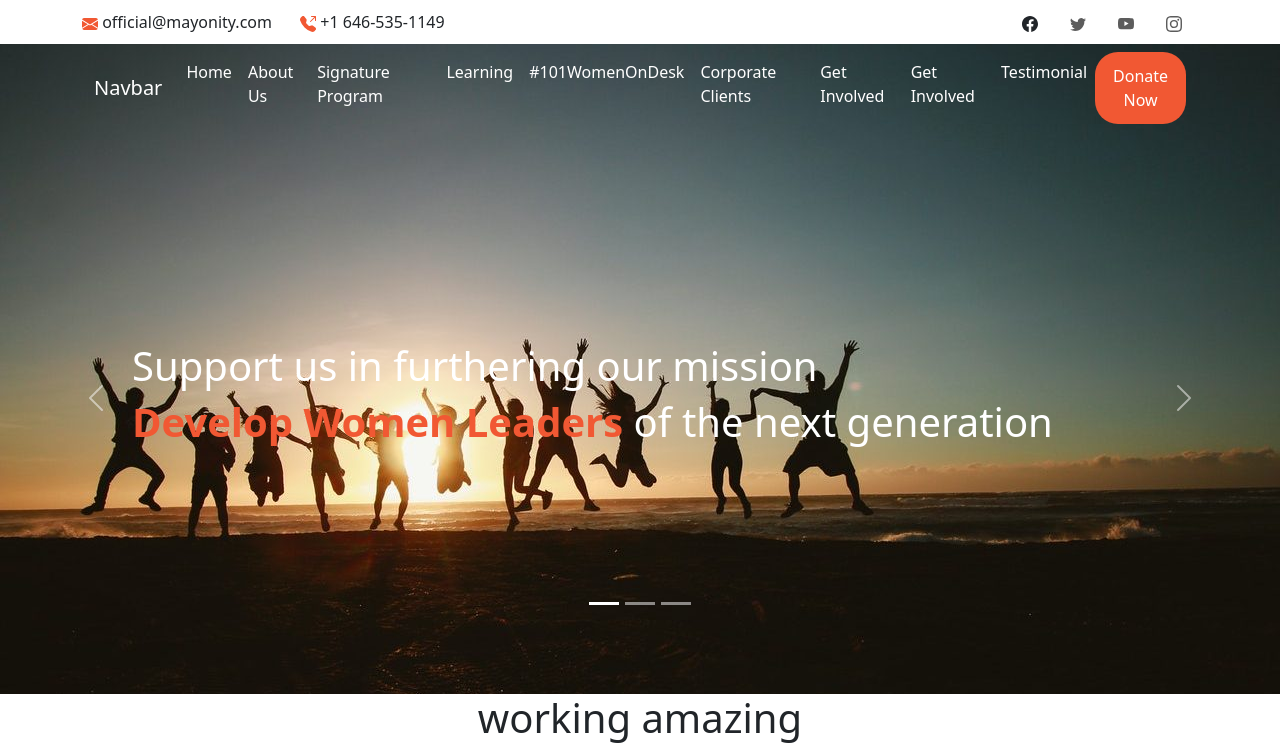
Repository: rizwan-zafar/wings
Page: /
These files come from the project's save history. The page is drawn as it stood at one moment and after the next save; the edit follows.
The browser window is 1280 px wide. The pictures show the whole page.
The project was rebuilt for these pictures with package versions that can differ from the ones it lists, and the page was loaded fresh each time.

Above is the page before, as saved 2022-11-27 10:55:48.

After the next save:
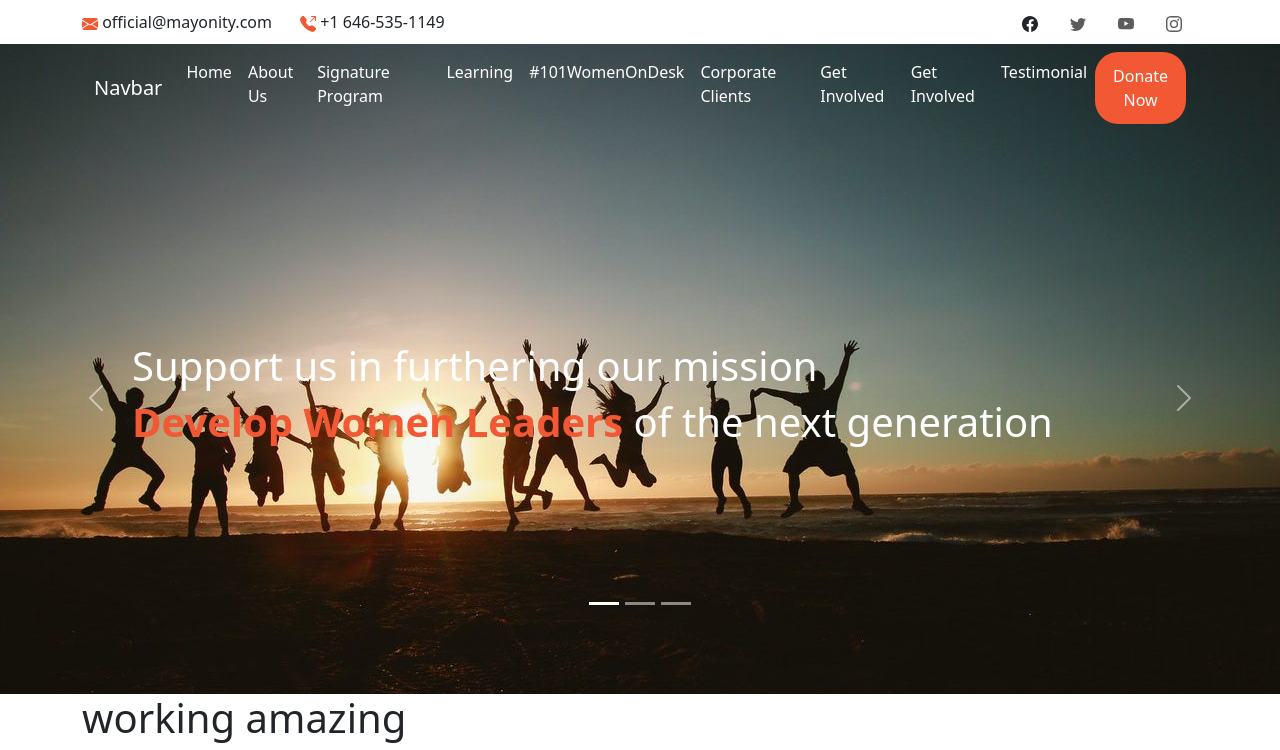
Saved 6 s later.
--- a/src/Components/Slider.js
+++ b/src/Components/Slider.js
@@ -34,7 +34,7 @@
             </div>
 
             <div className="container">
-                <div className="custom-container text-center">
+                <div className="custom-container">
                     <h1>working amazing</h1>
                 </div>
             </div>

After the save that followed:
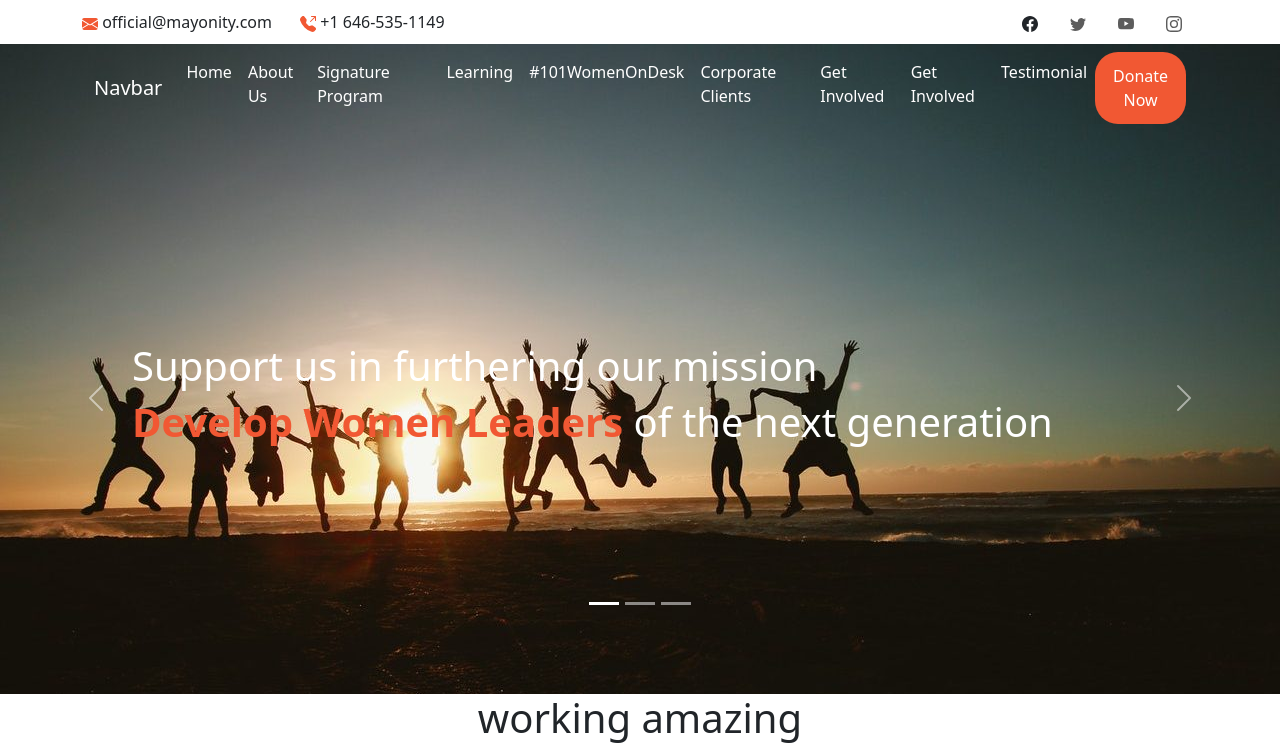
Saved 3 min 4 s later.
--- a/src/Components/Slider.js
+++ b/src/Components/Slider.js
@@ -33,7 +33,7 @@
                 </div>
             </div>
 
-            <div className="container">
+            <div className="container text-center">
                 <div className="custom-container">
                     <h1>working amazing</h1>
                 </div>
